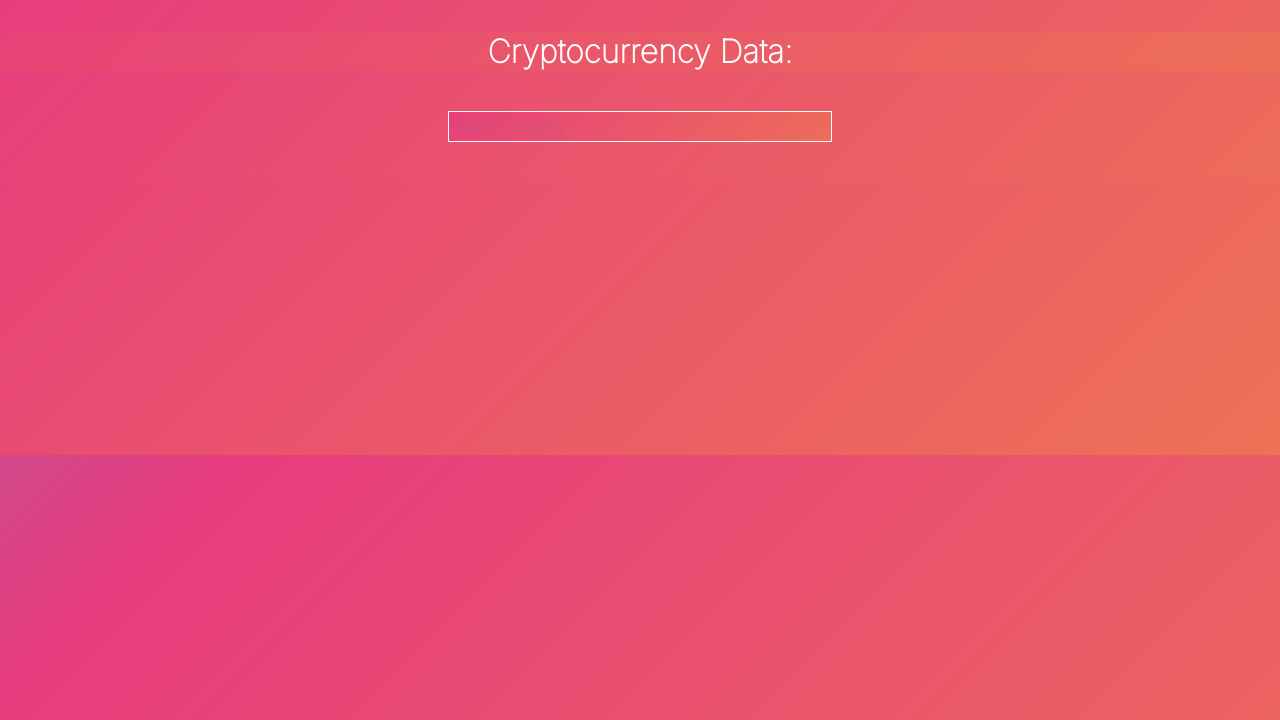
Repository: alejandroacd/cryptocurrency-market
Page: /
An editor plug-in stored every save of this project. The page is shown before and after the next save, followed by the edit.
The browser window is 1280 px wide. The pictures show the whole page.
The page's requests for data from a server got no answer. The project was rebuilt for these pictures with package versions that can differ from the ones it lists, and the page was loaded fresh each time. No one was signed in, and anything a server would have sent is missing. Also part of the build but not shown: src/Currency.js.

Above is the page before, as saved 2021-07-18 14:16:54.

After the next save:
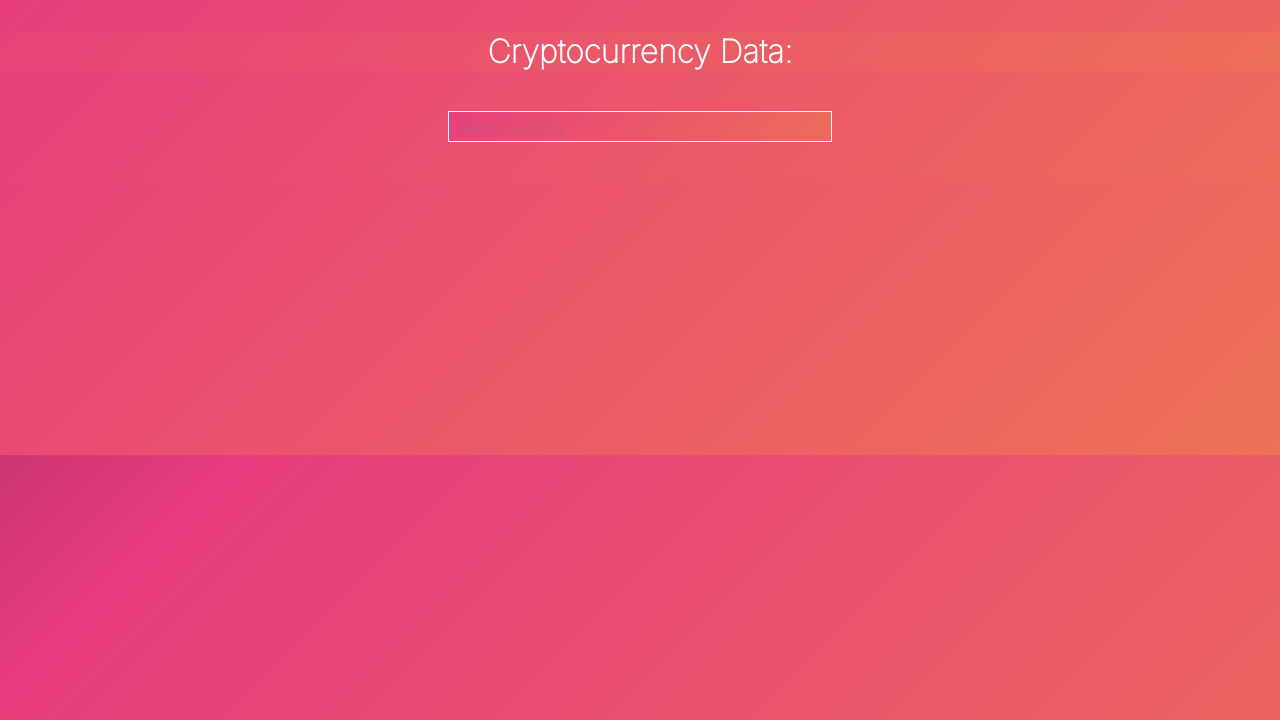
Saved 26 s later.
--- a/src/App.css
+++ b/src/App.css
@@ -15,7 +15,7 @@
   background-color: black;
   color:white;
   font-family: 'Inter', sans-serif;
-  background: linear-gradient(-45deg, #ee7752, #e73c7e, #23a6d5, #23d5ab);
+  background: linear-gradient(-45deg, #ee7752, #e73c7e, black, #23d5ab);
   background-size: 400% 400%;
   animation: gradient 15s ease infinite;
 }
